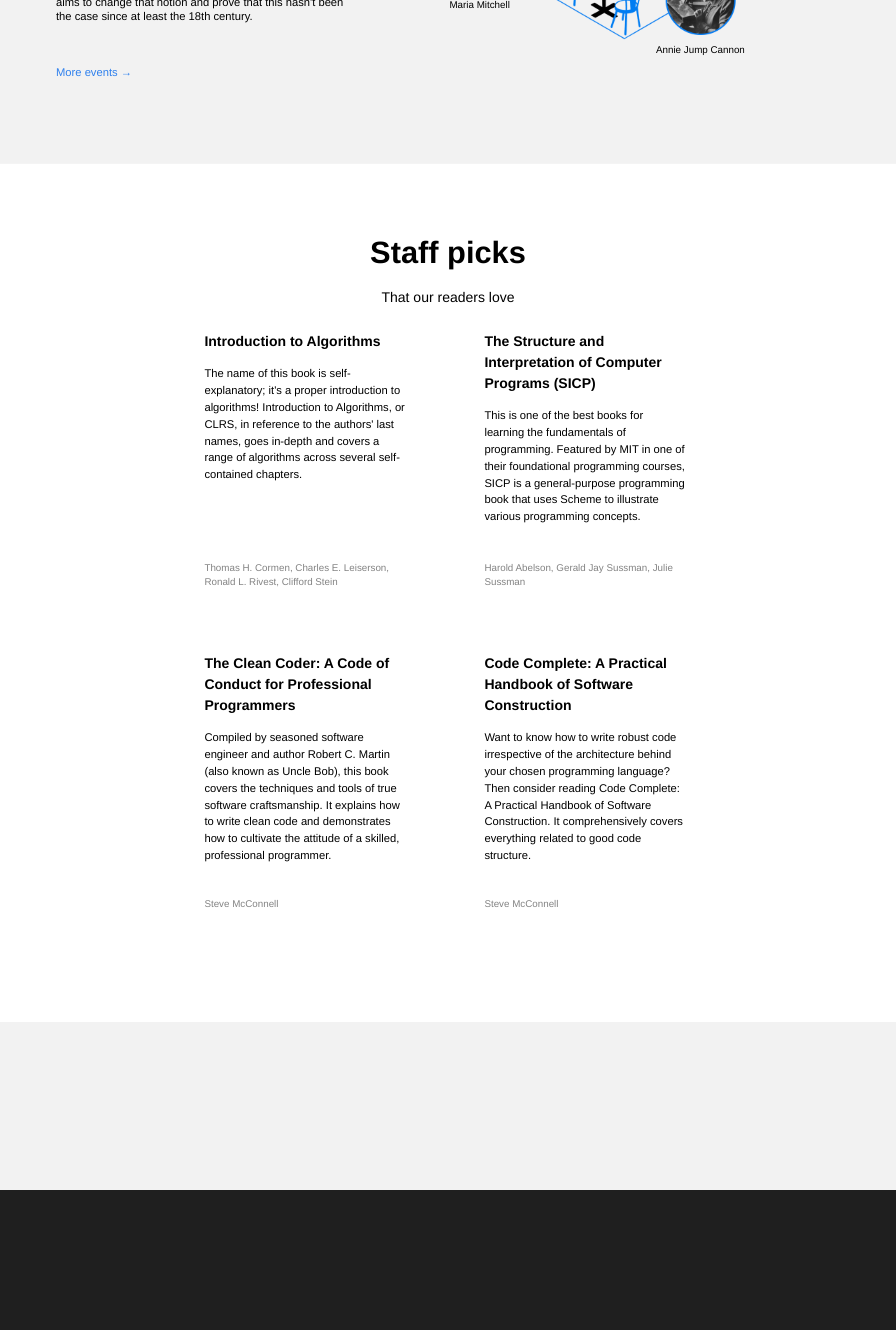
Repository: MWilliams-26/se_project_library
Page: index.html
These files come from the project's save history. The page is drawn as it stood at one moment and after the next save; the edit follows.
The browser window is 1280 px wide. The pictures show the part of the page from y = 1310 to 3230 px (the page is 3210 px tall before and 3230 px after), at 70% of full size.

Above is the page before, as saved 2023-04-03 11:31:07.

After the next save:
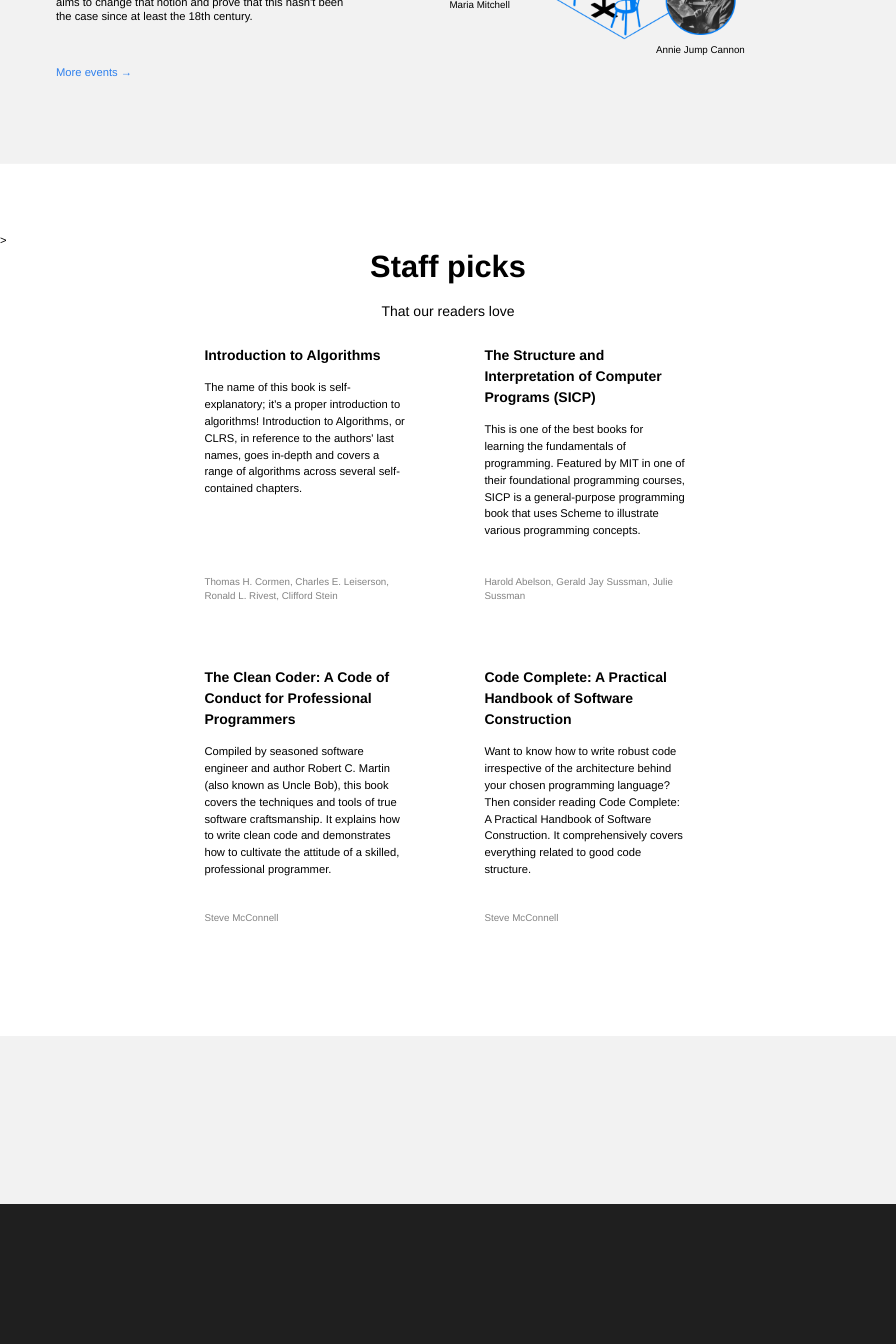
Saved 8 min 35 s later.
--- a/index.html
+++ b/index.html
@@ -149,7 +149,11 @@
           </div>
         </section>
 
-        <section class="staff">
+        <section class="staff" <img
+        class="background-image"
+        src="images/staff_picks_background.jpg"
+        alt="staff picks background image"
+      />>
           <!-- --------------------------------------------------------------- -->
           <!--        Don't uncomment until the final project stage            -->
           <!-- --------------------------------------------------------------- -->

After the save that followed:
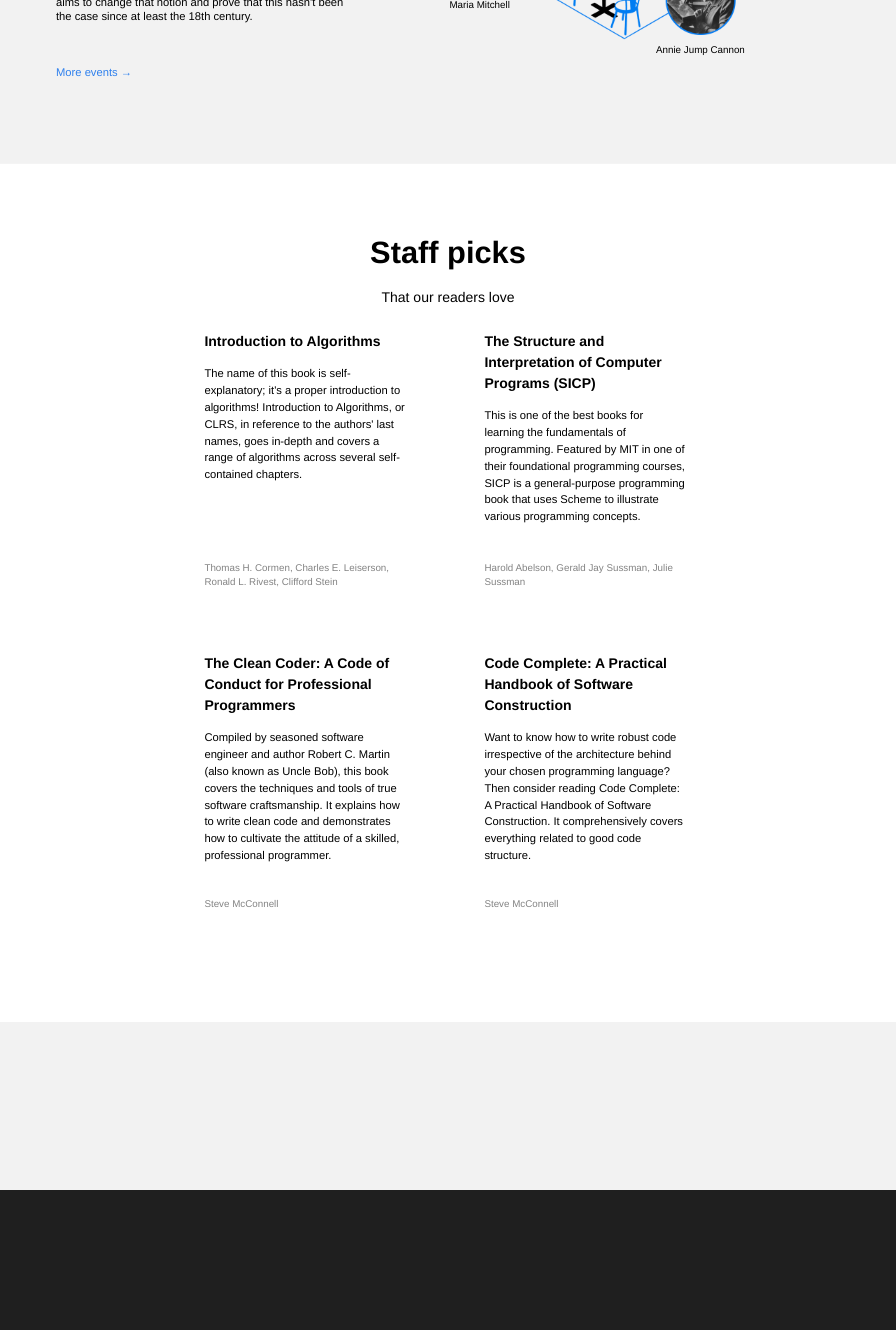
Saved 42 s later.
--- a/index.html
+++ b/index.html
@@ -149,11 +149,7 @@
           </div>
         </section>
 
-        <section class="staff" <img
-        class="background-image"
-        src="images/staff_picks_background.jpg"
-        alt="staff picks background image"
-      />>
+        <section class="staff">
           <!-- --------------------------------------------------------------- -->
           <!--        Don't uncomment until the final project stage            -->
           <!-- --------------------------------------------------------------- -->
